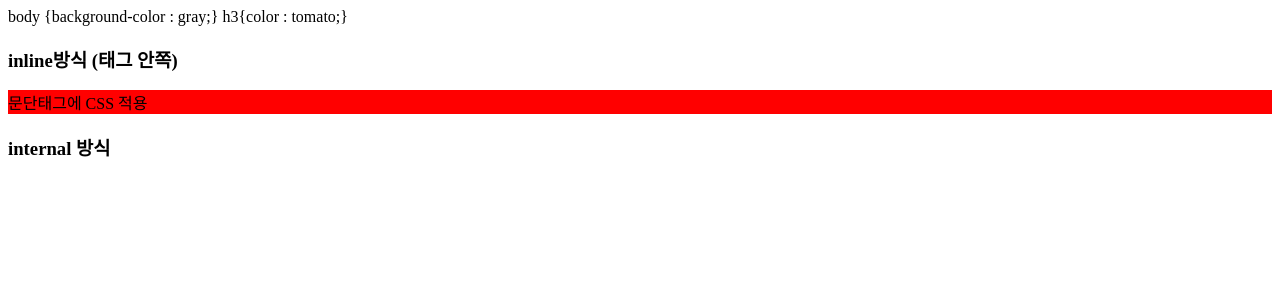
Repository: start-ha/MSA_EDU
Page: WEB/WebFront/WebLabs/Web/src/main/webapp/Ex03_Basic_Css.html
These files come from the project's save history. The page is drawn as it stood at one moment and after the next save; the edit follows.
The browser window is 1280 px wide. The pictures show the whole page.

Above is the page before, as saved 2025-09-16 05:51:41.

### WEB/WebFront/WebLabs/Web/src/main/webapp/Ex03_Basic_Css.html
<!DOCTYPE html>
<html>
<head>
<meta charset="UTF-8">
<title>Insert title here</title>
<sytle type = "text/css">
	body {background-color : gray;}
	h3{color : tomato;}
</head>
<body>
<!--
개발자가 알아야 할 CSS 지식
1.Inline - by using the style attribute inside HTML elements
2.Internal
3.External

inline > <p style = ""
Internal > <style type 현재 페이지에서만 적용>
External > 외부에 별도의 css 만듬 > common.css, hader.css


 -->
	<h3>inline방식 (태그 안쪽)</h3>
	<p style = "background-color: red;">문단태그에 CSS 적용</p>

	<h3>internal 방식</h3>

</body>
</html>

After the next save:
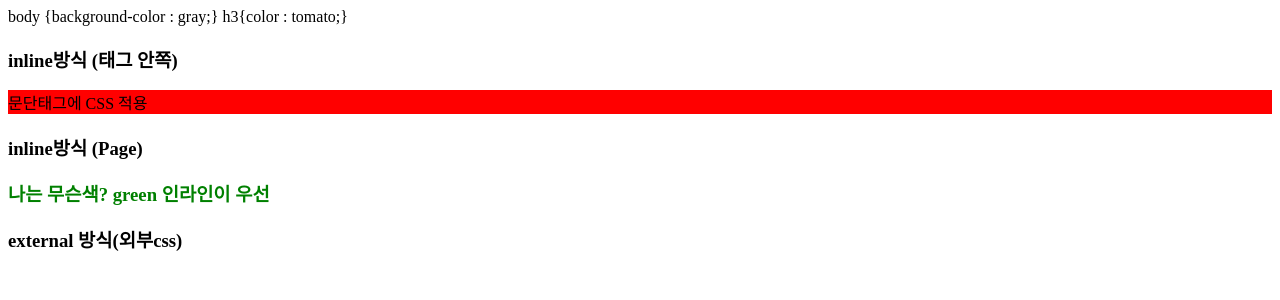
Saved 3 min 1 s later.
--- a/WEB/WebFront/WebLabs/Web/src/main/webapp/Ex03_Basic_Css.html
+++ b/WEB/WebFront/WebLabs/Web/src/main/webapp/Ex03_Basic_Css.html
@@ -23,7 +23,11 @@ External > 외부에 별도의 css 만듬 > common.css, hader.css
 	<h3>inline방식 (태그 안쪽)</h3>
 	<p style = "background-color: red;">문단태그에 CSS 적용</p>
 
-	<h3>internal 방식</h3>
 
+	<h3>inline방식 (Page)</h3>
+	<h3 style = "color:green">나는 무슨색? green 인라인이 우선</h3>
+
+
+	<h3>external 방식(외부css)</h3>
 </body>
 </html>
